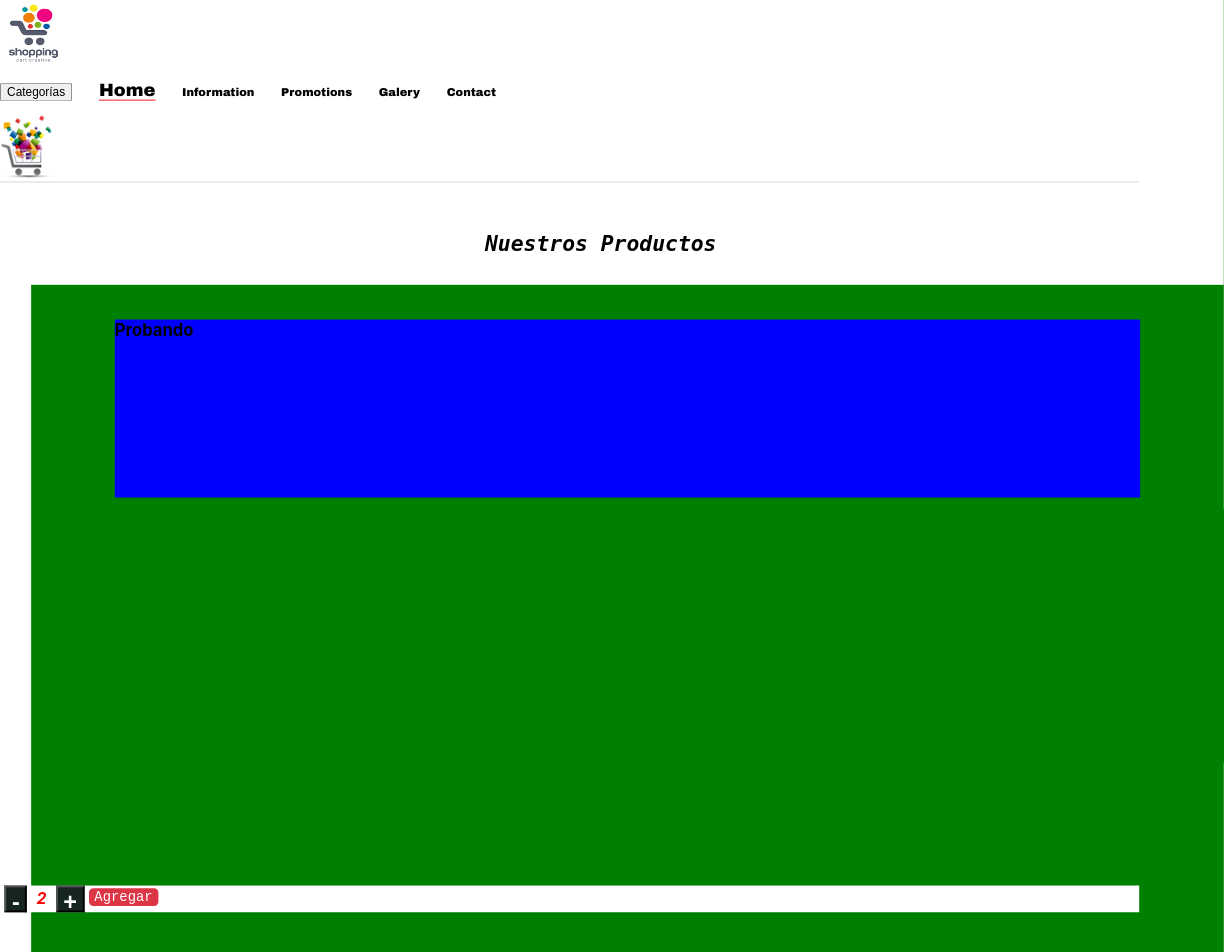
Repository: gustavomanuelquintana/CoderRepository
Page: / (app in cards-commers/)
An editor plug-in stored every save of this project. The page is shown before and after the next save, followed by the edit.
The browser window is 1280 px wide. The page is 1375 px wide, then 1350 px, so the pictures cover 1375 px, including what lies to the right of the window. The pictures show the whole page, at 89% of full size.
The project was rebuilt for these pictures with package versions that can differ from the ones it lists, and the page was loaded fresh each time.

Above is the page before, as saved 2020-10-31 14:07:06.

### cards-commers/src/App.js
import React from "react";
import NavBar from "./Components/NavBar/NavBar";
import ItemListContainer from "./Components/ItemListContainer/ItemListContainer";
import ItemCount from "./Components/ItemCount/ItemCount";

function App() {
  let stock= 14;
  const handleAdd = (counter) => {
    return ({stock}) => {
      if (stock <=0){
        alert('No hay stock')
      }else {
        alert(`Se van agregar ${counter} articulos`)
      }
    }
  }

  return (
    <div className="App">
        <NavBar />
        <ItemListContainer titulo='Nuestros Productos'/>
        <ItemCount onAdd={handleAdd}  stock={stock} initial={2} />
    </div>
  );
}

export default App;

### cards-commers/src/Components/NavBar/NavBar.js
import React from "react";
import ImageNavBar from "../../Images/cards-logo.png";
import CartWidget from "../CartWidget/CartWidget";
import Dropdown from "react-bootstrap/Dropdown";
import "./NavBar.css";

const styleFont = {
  fontSize: 20,
  borderBottom: "1px solid red",
};

function NavBar() {
  return (
    <div className=" col-12">
      <div className="header-navBar col-12">
        <div className="row col-12">
          <div className="Logo-navBar col-1">
            <a href="index.html">
            <img src={ImageNavBar} alt="logo" width="75" height="70" />
            </a>
          </div>
          <div className="Links-navBar col-10 mt-3">
            <ul className="List-navBar">
              <li>
                <Dropdown>
                  <Dropdown.Toggle  variant="danger" id="dropdown-basic">
                    Categorías
                  </Dropdown.Toggle>

                  <Dropdown.Menu>
                    <Dropdown.Item   href="#/action-1">
                      Deportes / Fitness
                    </Dropdown.Item>
                    <Dropdown.Item href="#/action-2">
                      Hogar / Electrodomésticos
                    </Dropdown.Item>
                    <Dropdown.Item href="#/action-3">Vehículos</Dropdown.Item>
                  </Dropdown.Menu>
                </Dropdown>
              </li>
              <li>
                <a style={styleFont} href="#">
                  Home
                </a>
              </li>
              <li>
                <a href="#">Information</a>
              </li>
              <li>
                <a href="#">Promotions </a>
              </li>
              <li>
                <a href="#">Galery</a>
              </li>
              <li>
                <a href="#">Contact</a>
              </li>
            </ul>
          </div>
          <div className="carrito-navBar col-1">
            <CartWidget />
          </div>
        </div>
      </div>
    </div>
  );
}

export default NavBar;

### cards-commers/src/Components/ItemListContainer/ItemListContainer.js
import React, {useState, useEffect} from 'react';
import './ItemListContainer.css';
import ItemList from './ItemList/ItemList';

const getList = () => {
    return new Promise( (res) => {
        let products;
        res(
            products = ["nike", "Airmax", "Running fast"]
        )
    });
}


function ItemListContainer({titulo}){
    const [itemList, setItemList] = useState([]);

    // Use effect
    useEffect( () => {
        getList().then( mercaderia => {
           setItemList(mercaderia);
        });
    },[]); // End useEffect

    return (
        <div className="container">
            <h2>{titulo}</h2>
        <ItemList items={itemList} />
        </div>
    );
}



export default ItemListContainer;

### cards-commers/src/Components/ItemCount/ItemCount.js
import React, {useState} from 'react';
import ButtonsCount from './ButtonsCount/ButtonsCount';
import ViewCount from './ViewCount/ViewCount';
import AgregarCount from './AgregarCount/AgregarCount';


    const styleContain={
        backgroundColor:"white",
        display:"flex",
    }
    const styleBox = {
        color:"red",
        fontWeight:"bold",
        fontSize:"1.1em",
        lineHeight:"18px",
        display:"flex",
        justifyContent:"center",
        width:"100px",
        height:"30px",
    }
    const boxAdd ={
        fontWeight: "bold",
        fontSize: "1em",
        color: "red",
    }
    export default function ItemCount({onAdd,stock,initial}) {
        let [counter, counterState] = useState(initial);

    const onClickButton = (amount) => {
        return () => {
            let total = (amount < 0) ? 0 : amount;
            let limiter = (total > stock) ? stock: total;
            counterState(limiter);

        }
    }

    let props = {counter, counterState}

    return (
        <div className="section-car" style={styleContain}>
        <div className="box-count" style={styleBox}>
            <ButtonsCount suma={false} onClick={onClickButton} {...props} />
             <ViewCount value={counter}/>
             <ButtonsCount suma={true} onClick={onClickButton}  {...props}/>
        </div>

        <div  className="box-add" style={boxAdd}> <AgregarCount onAdd= {onAdd} {...{counter}}/> </div>
        </div>
        );
}

### cards-commers/src/Components/CartWidget/CartWidget.js
import React from 'react';
import ImageCarrito from "../../Images/carrito-img.png";

function CartWidget(){
    return (
        <a href="#">
         <img src={ImageCarrito}/>
        </a>
    )
}

export default CartWidget;

### cards-commers/src/Components/NavBar/NavBar.css
img {
  max-width: 100%;
}
.header-navBar {
  background-color: white;
  display: flex;
  width: 100%;
  border-bottom: 1px solid lightgrey;
}

.Logo-navBar img {
  max-height: 8em;
  max-width: 8em;
}
.Links-navBar ul li {
  display: inline-block;
  margin-right: 35px;
  margin: 0 70px 0 -40px;
}
.Links-navBar ul li a {
  color: black;
  font-family: Arial Black;
  font-size: 0.8em;
  font-weight: bold;
  text-decoration: none;
}

### cards-commers/src/Components/ItemListContainer/ItemListContainer.css
.container{
    width:100%;
    max-height:100vh;
    margin: 0.25 auto;
    padding: 35px;
}
.container h2{
    text-align:center;
    font-family: "monospace";
    font-weight:bold;
    font-style: italic;
}

### cards-commers/src/Components/ItemListContainer/ItemList/ItemList.js
import React, {useState, useEffect} from 'react';
import './ItemList.css';
import Item from '../Item/Item';




function ItemList({items}){
return <div className="itemList">
        <Item />
     </div>
}


export default ItemList;

### cards-commers/src/Components/ItemCount/ButtonsCount/ButtonsCount.js
import React from "react";
const styleButton = {
    fontWeight: "bold",
    fontSize:"1.5em",
    background: "#172522",
    color: "white",
    margin:"0 auto",
    height:"100%",
}

export default function ButtonsCount({suma,onClick,counter,counterState}) {

    let signo = suma ? '+' : '-';

    let amount = suma ? (counter + 1) : (counter - 1);

  return ( <button onClick={onClick(amount)} style={styleButton}>{signo}</button> )
}

### cards-commers/src/Components/ItemCount/ViewCount/ViewCount.js
import React from 'react';

const countnumber = {
    margin:"0.35em auto",
    fontStyle:"italic",

}

export default function ViewCount({value}){

    return(
        <div style={countnumber} className="countNumber">{value}</div>
    )
}

### cards-commers/src/Components/ItemCount/AgregarCount/AgregarCount.js
import React from 'react';

const agregarcount = {
    borderRadius:"5px",
    border:"none",
    margin:"0.2em auto",
    background:"#dc3545",
    color:"white",
    fontFamily:"monospace",
    fontSize:"1.2em",
}
export default function AgregarCount({onAdd, counter}){

    const agregarCount = () =>{};

    return(
        <div>
            <button style={agregarcount} onClick={onAdd(counter)}>Agregar</button>
        </div>
    )
}

### cards-commers/src/Components/ItemListContainer/ItemList/ItemList.css
.itemList{
    width:100%;
    height:700px;
    background-color:green;
    padding:20px 30px 30px 30px;
    margin:2em auto;
}

### cards-commers/src/Components/ItemListContainer/Item/Item.js
import React from 'react';
import './Item.css'

function Item(){
    return <div className="Item">
        <h3>Probando</h3>
    </div>

}

export default Item;

### cards-commers/src/Components/ItemListContainer/Item/Item.css
.Item{
    background-color: blue;
    margin:0.25em auto;
    width:90%;
    height:200px;
}

Loaded but not shown: cards-commers/public/index.html (common file); cards-commers/src/index.js (common file); cards-commers/src/index.css (common file); cards-commers/src/serviceWorker.js (common file)

After the next save:
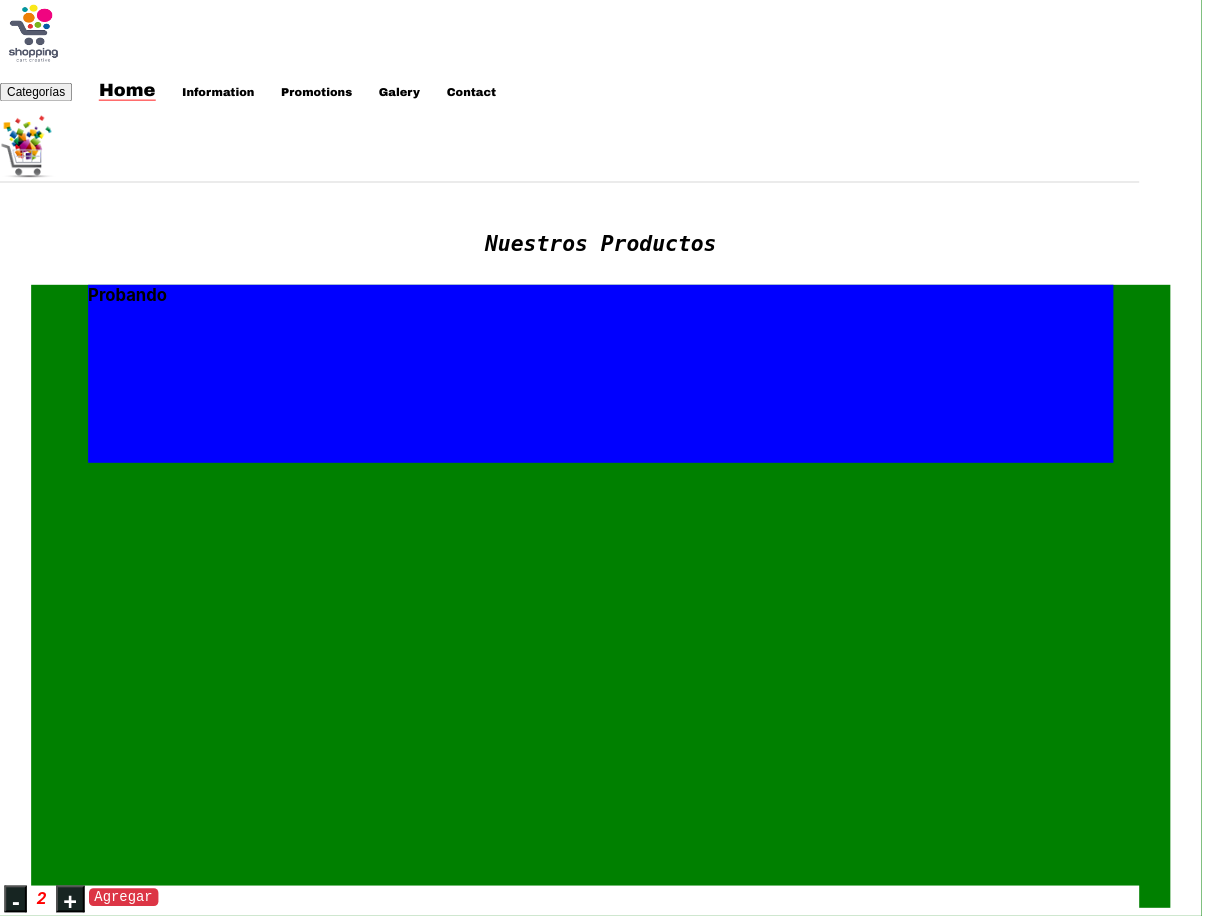
Saved 14 s later.
--- a/cards-commers/src/Components/ItemListContainer/ItemList/ItemList.css
+++ b/cards-commers/src/Components/ItemListContainer/ItemList/ItemList.css
@@ -2,6 +2,5 @@
     width:100%;
     height:700px;
     background-color:green;
-    padding:20px 30px 30px 30px;
     margin:2em auto;
 }
